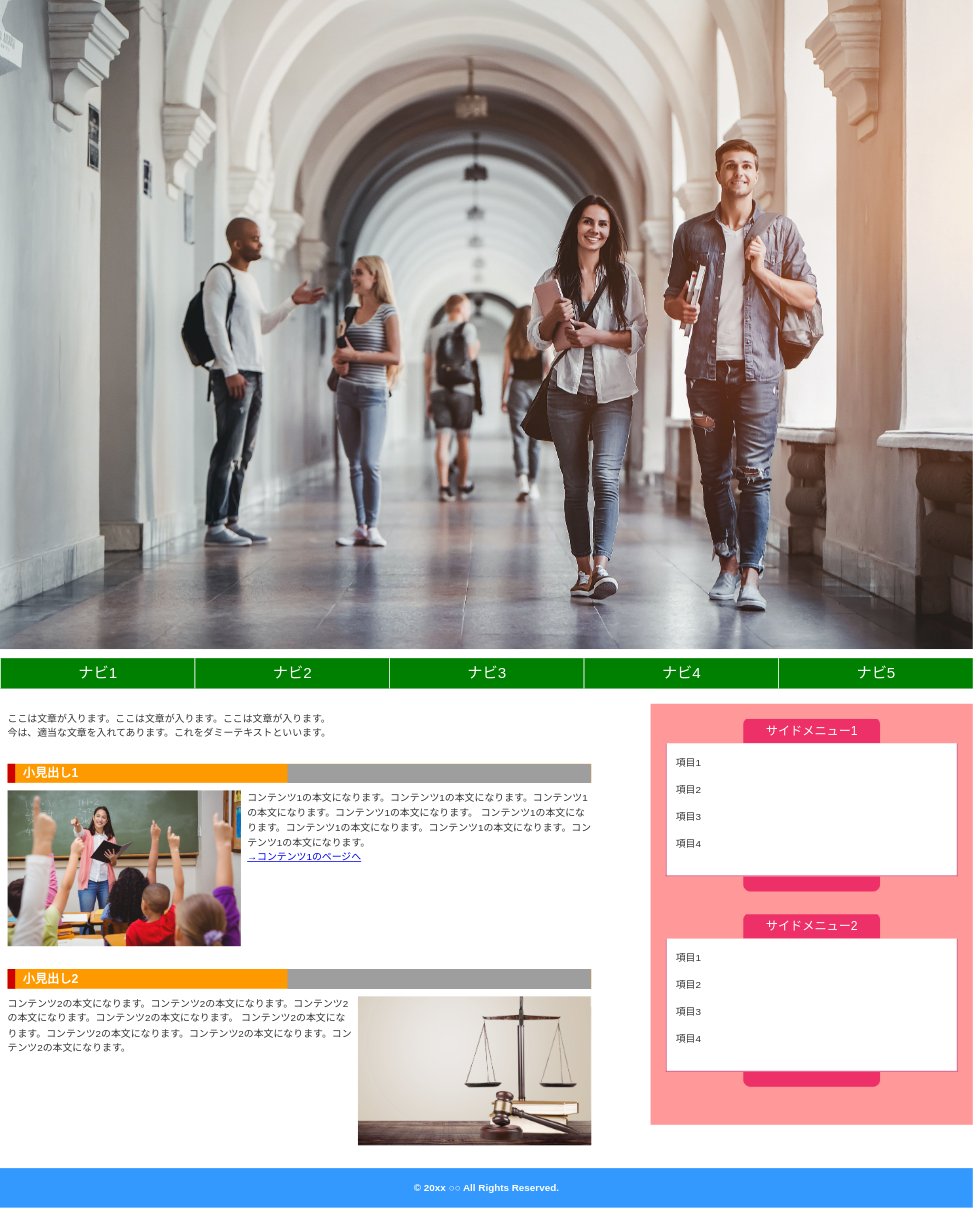
Repository: fam100/samurai_HTML-CSS
Page: home.html
The author's editor kept a record of every edit. The page is drawn from the files as they stood at one moment, then again after the next edit.
The browser window is 1280 px wide. The pictures show the whole page, at 76% of full size.
Pictures or frames that could not be fetched are drawn as grey boxes.

Above is the page before.

After the next edit:
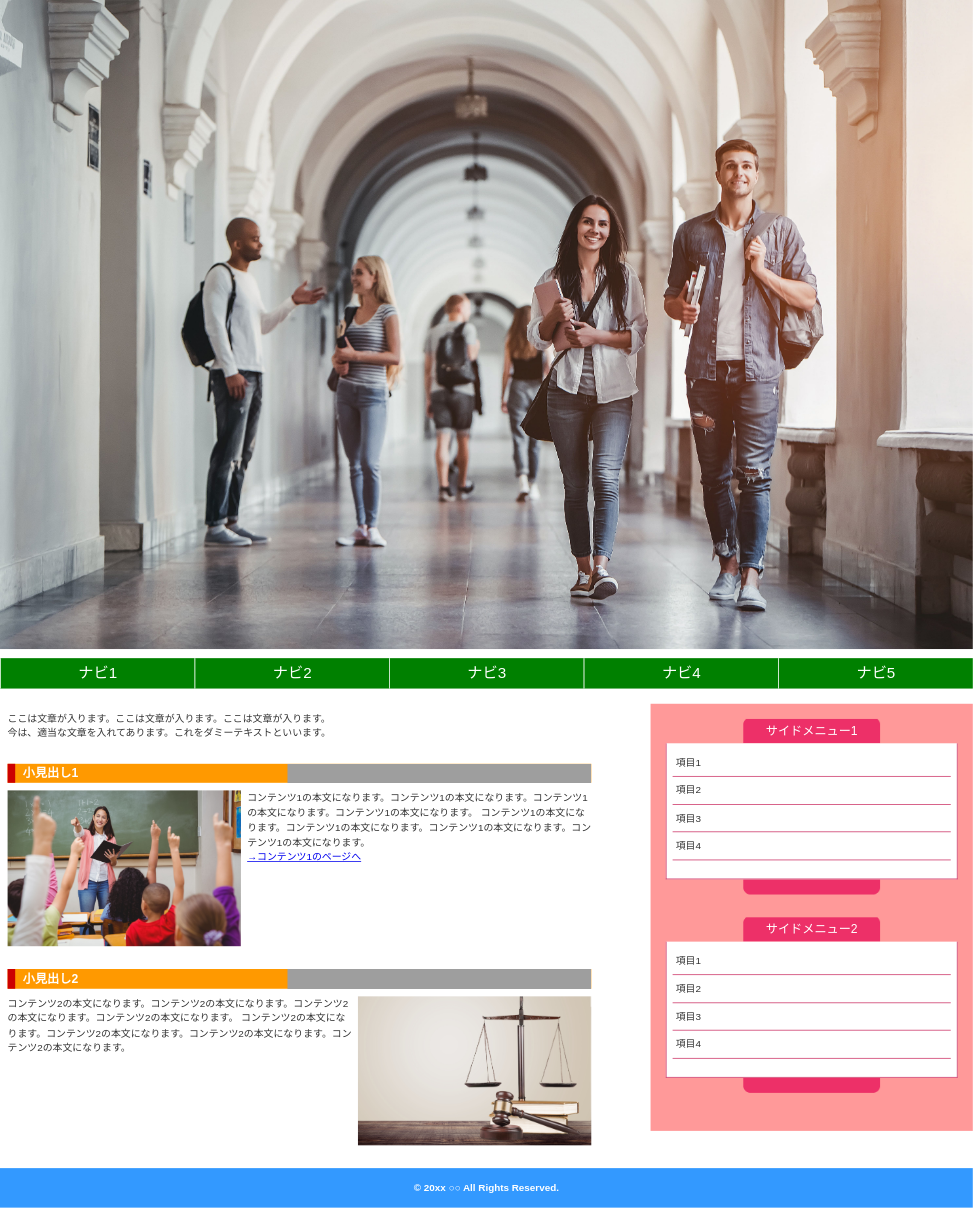
The edit:
--- a/stylesheet.css
+++ b/stylesheet.css
@@ -150,40 +150,46 @@
 }
 
 /* -------------------- side -------------------- */
- #side {
- 	 float: right;
- 	 width: 30%;
- 	 padding: 20px;
- 	 background-color: #F99;
- }
- #side .box {
- 	 margin: 0 auto 30px auto;
- 	 padding: 0 0 20px 0;
- 	 background: url(images/side_box.png) bottom no-repeat;
- }
- #side .box h2 {
- 	 margin: 0;
- 	 padding: 8px;
- 	 text-align: center;
- 	 color: #fff;
- 	 font-size: 16px;
- 	 line-height: 16px;
- 	 font-weight: normal;
- 	 background: url(images/side_box_h2.png) center no-repeat;
- }
- #side .box .boxBody {
- 	 padding: 8px;
- 	 border-right: solid 1px #C36;
- 	 border-bottom: solid 1px #C36;
- 	 border-left: solid 1px #C36;
- 	 background: #fff;
- }
- #side .box .boxBody ul {
- 	 margin: 0 0 16px 0;
- 	 padding: 0;
- }
- #side .box .boxBody ul li {
- 	 padding: 8px 0 8px 4px;
- 	 list-style: none;
-+ 	 border-bottom: solid 1px #C36;
-+ }
+
+#side {
+    float: right;
+    width: 30%;
+    padding: 20px;
+    background-color: #F99;
+}
+
+#side .box {
+    margin: 0 auto 30px auto;
+    padding: 0 0 20px 0;
+    background: url(images/side_box.png) bottom no-repeat;
+}
+
+#side .box h2 {
+    margin: 0;
+    padding: 8px;
+    text-align: center;
+    color: #fff;
+    font-size: 16px;
+    line-height: 16px;
+    font-weight: normal;
+    background: url(images/side_box_h2.png) center no-repeat;
+}
+
+#side .box .boxBody {
+    padding: 8px;
+    border-right: solid 1px #C36;
+    border-bottom: solid 1px #C36;
+    border-left: solid 1px #C36;
+    background: #fff;
+}
+
+#side .box .boxBody ul {
+    margin: 0 0 16px 0;
+    padding: 0;
+}
+
+#side .box .boxBody ul li {
+    padding: 8px 0 8px 4px;
+    list-style: none;
+    border-bottom: solid 1px #C36;
+}
